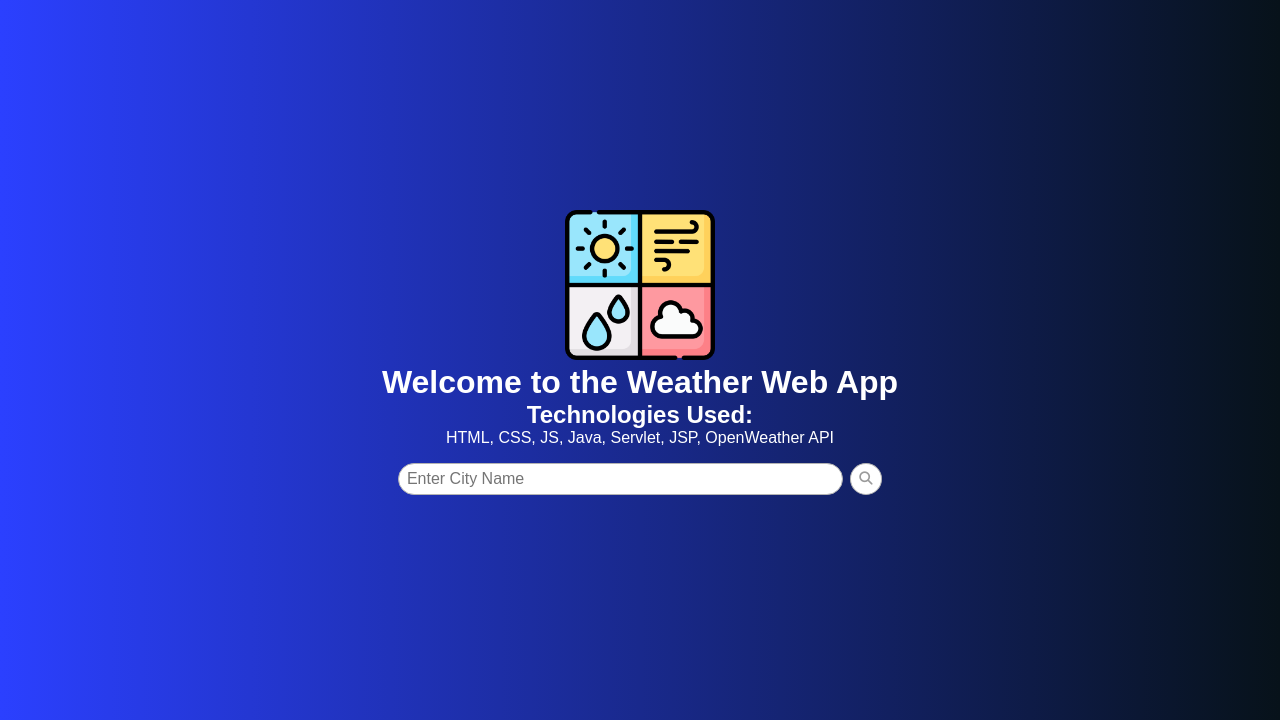
Repository: MinhajulMukthar/Weather-WebApp
Page: Weather App/src/main/webapp/index.html
The author's editor kept a copy of each file at every save. The page is drawn from the files as they stood at one save, then again after the next save.
The browser window is 1280 px wide. The pictures show the whole page.

Above is the page before, as saved 2024-09-26 01:51:11.

After the next save:
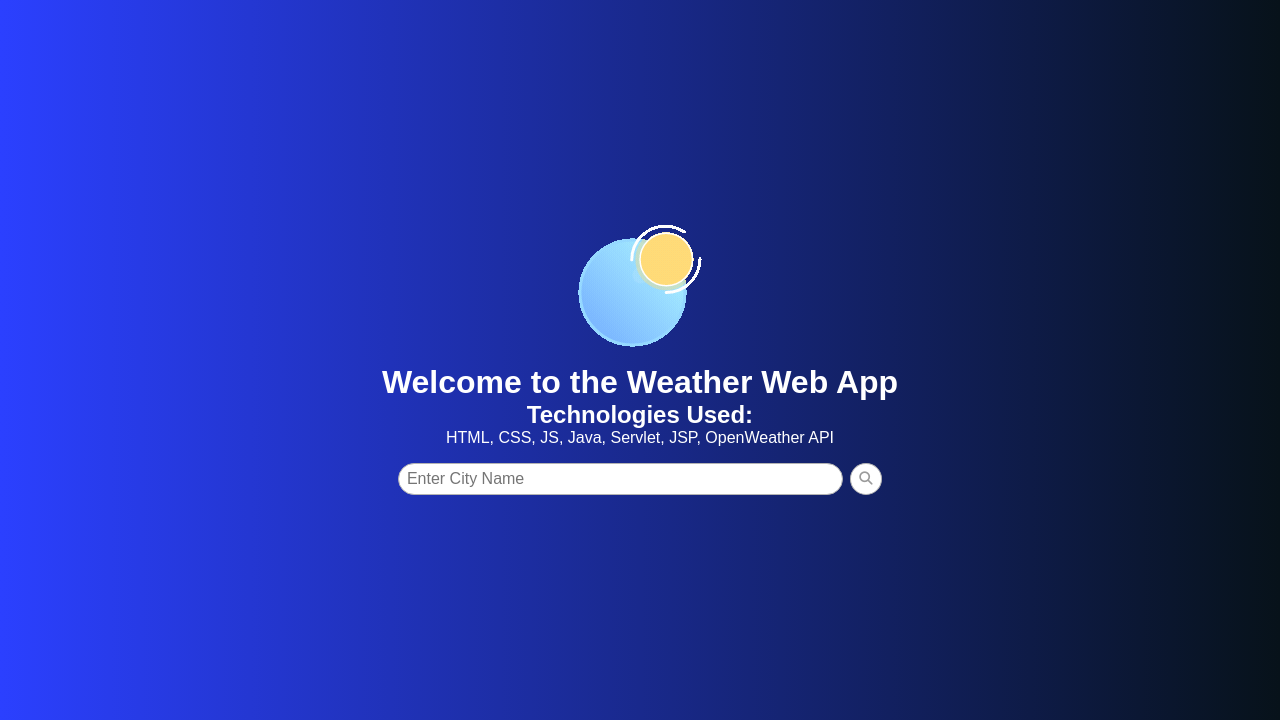
Saved 9 min 0 s later.
--- a/Weather App/src/main/webapp/index.html
+++ b/Weather App/src/main/webapp/index.html
@@ -13,7 +13,7 @@
 </head>
 <body>
 	<div style="color: white; text-align: center">
-		<img src="images/meteorology.png"
+		<img src="images/Animation.gif"
 			style="height: 150px; width: auto; /* filter: drop-shadow(10px 10px 10px black) */;">
 		<h1>Welcome to the Weather Web App</h1>
 
